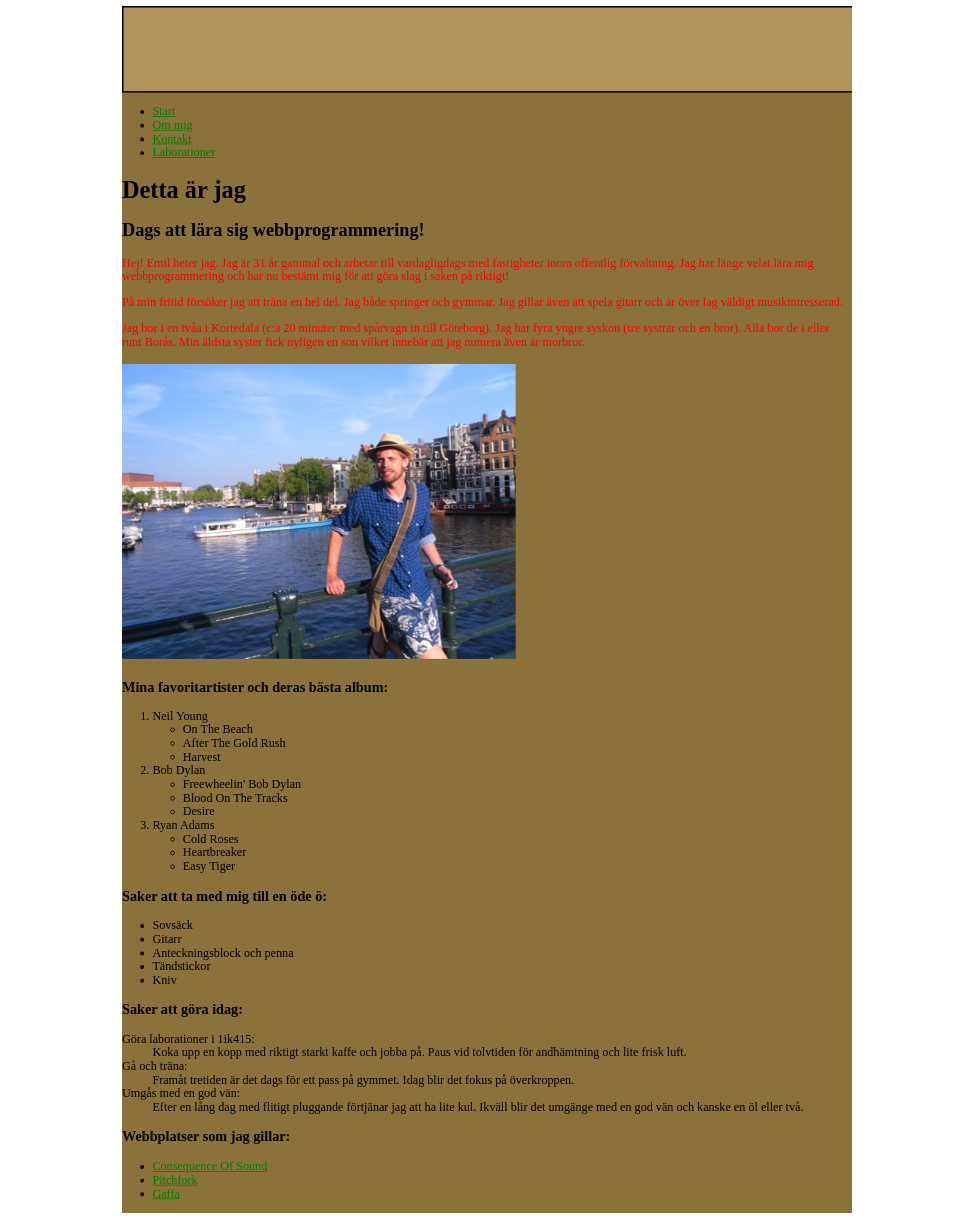
Repository: ea222vk/1ik415-laborationer
Page: Pages/presentation.html
The author's editor kept a record of every edit. The page is drawn from the files as they stood at one moment, then again after the next edit.
The browser window is 1280 px wide. The pictures show the whole page, at 76% of full size.

Above is the page before.

### Pages/presentation.html
<!DOCTYPE html>
<html lang="sv">
    <head>
    <meta charset="utf-8" />
        <title>En presentation av mig</title>
        <link rel="stylesheet" href="../css/style.css" />

</head>
    <body>
             <div id="container">

             <div id="header">


             </div>

             <ul>
                  <li><a href="../index.html">Start</a></li>
                  <li><a href="presentation.html">Om mig</a></li>
                  <li><a href="kontakt.html">Kontakt</a></li>
                  <li><a href="laborationer.html">Laborationer</a></li>
            </ul>


    <h1>Detta är jag</h1>
    <h2>Dags att lära sig webbprogrammering!</h2>

    <p>Hej! Emil heter jag. Jag är 31 år gammal
    och arbetar till vardagligdags med fastigheter inom offentlig förvaltning. Jag
        har länge velat lära mig webbprogrammering
        och har nu bestämt mig för att göra slag i saken på riktigt!
    </p>
    <p>På min fritid försöker jag att träna en hel del. Jag både
    springer och gymmar. Jag gillar även att spela gitarr och är
    över lag väldigt musikintresserad.
    </p>
    <p>Jag bor i en tvåa i Kortedala (c:a 20 minuter med spårvagn in till Göteborg). Jag har fyra yngre syskon (tre systrar
    och en bror). Alla bor de i eller runt Borås. Min äldsta syster fick nyligen en son vilket innebär att jag numera även är
    morbror.
    </p>

    <h2 id="picofme"><img src="../Pics/jag1.jpg" alt="På semester i Amsterdam"></h2>


    <!-- nu kommenterar jag lite -->

    <h3>Mina favoritartister och deras bästa album:</h3>
    <ol><li>Neil Young<ul>
    <li>On The Beach</li>
    <li>After The Gold Rush</li>
    <li>Harvest</li>
    </ul></li>
    <li>Bob Dylan<ul>
    <li>Freewheelin' Bob Dylan</li>
    <li>Blood On The Tracks</li>
    <li>Desire</li>
    </ul></li>
    <li>Ryan Adams<ul>
    <li>Cold Roses</li>
    <li>Heartbreaker</li>
    <li>Easy Tiger</li>
    </ul></li></ol>

    <h3>Saker att ta med mig till en öde ö:</h3>
    <ul><li>Sovsäck</li>
    <li>Gitarr</li>
    <li>Anteckningsblock och penna</li>
    <li>Tändstickor</li>
    <li>Kniv</li>
    </ul>

    <h3>Saker att göra idag:</h3>
    <dl><dt>Göra laborationer i 1ik415:</dt>
    <dd>Koka upp en kopp med riktigt starkt kaffe och jobba på. Paus
        vid tolvtiden för andhämtning och lite frisk luft.
    </dd>
    <dt>Gå och träna:</dt>
    <dd>Framåt tretiden är det dags för ett pass på gymmet. Idag
        blir det fokus på överkroppen.
    </dd>
    <dt>Umgås med en god vän:</dt>
    <dd>Efter en lång dag med flitigt pluggande förtjänar jag att ha lite kul. Ikväll
    blir det umgänge med en god vän och kanske en öl eller två.
    </dd>
    </dl>

    <h3>Webbplatser som jag gillar:</h3>
     <ul>
                  <li><a target="_blank" href="http://consequenceofsound.net">Consequence Of Sound</a></li>
                  <li><a target="_blank" href="http://www.pitchfork.com">Pitchfork</a></li>
                  <li><a target="_blank" href="http://www.gaffa.se">Gaffa</a></li>
            </ul>

        </div>
    </body>

</html>

### css/style.css
p { color: #FF0000;
    }

a:link { color: green; }
a:visited { color: black; }
a:focus { color: black; }
a:hover { color: red; }
a:active { color: black;}


 #header {
     width: 955px;
     height: 100px;
     border: 2px solid black;
     background-color: #B0945B;
     padding-left: 250px;
     padding-bottom: 10px;
 }


 #navigation {
     border: 2px solid blue;
     width:200px;
     float: left;
     margin-top: 150px;
     background-color: #B0945B;

 }

 #content {
    background-color: #D8C08E;
    margin-left: 204px;
    width: 600px;
    border: 2px solid black;
    padding-left: 10px;
    padding-bottom: 8px;

}


 #container {
    background:#8B713A;
    overflow: auto;
    max-width: 960px;
    margin: 0 auto;

 }

  #footer {
    background:#CCC;
    border: 2px solid blue;
    background-color: green;
    padding-left: 250px;

  }

After the next edit:
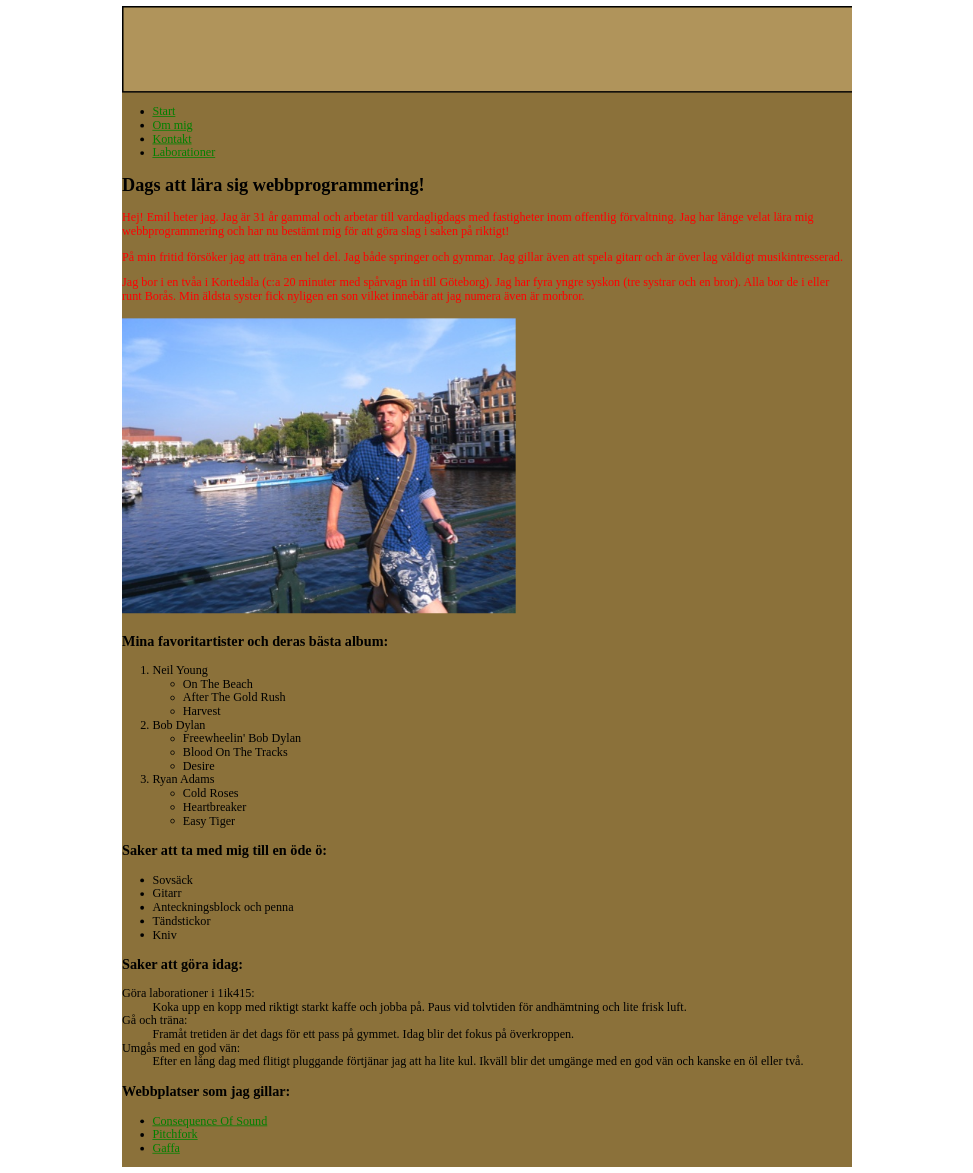
The edit:
--- a/Pages/presentation.html
+++ b/Pages/presentation.html
@@ -22,7 +22,7 @@
             </ul>
 
 
-    <h1>Detta är jag</h1>
+
     <h2>Dags att lära sig webbprogrammering!</h2>
 
     <p>Hej! Emil heter jag. Jag är 31 år gammal
